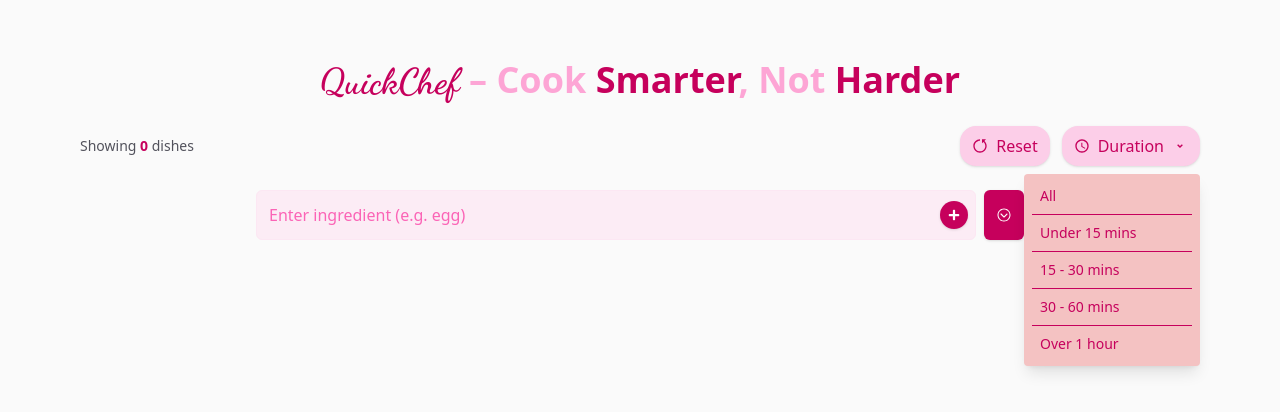
Repository: Priya-creates/QuickChef
Page: /, after clicking the first element matching `div.relative > button`
These files come from the project's save history. The page is drawn as it stood at one moment and after a run of saves; the edit follows.
The browser window is 1280 px wide. The pictures show the whole page.
Some web fonts or font styles are not loaded; a fallback is used. The project was rebuilt for these pictures with package versions that can differ from the ones it lists, and the page was loaded fresh each time. Also part of the build but not shown: vite.config.js, src/components/DishCard.jsx.

Above is the page before, as saved 2025-10-28 17:55:16.

After the next 2 saves:
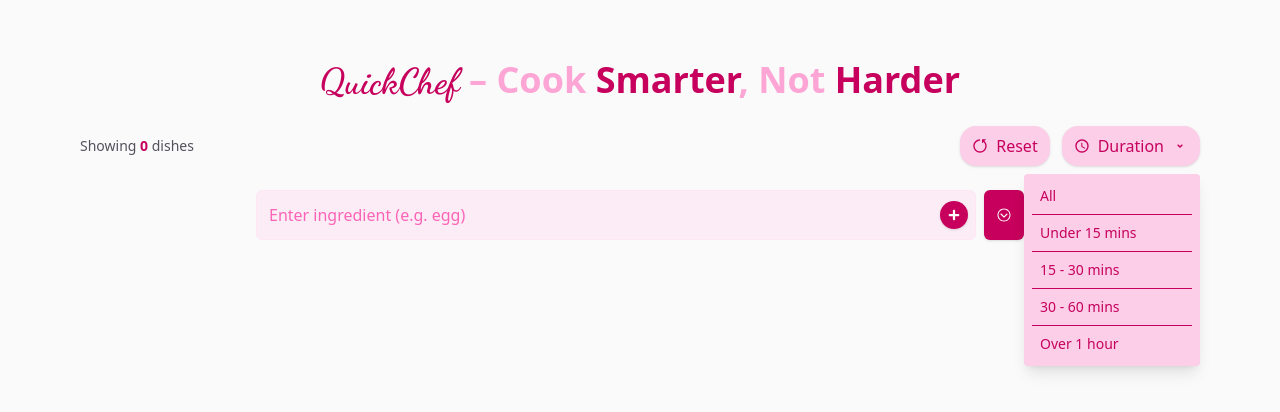
The 2 saves are shown as one change because they came seconds apart.
The last was saved 56 s later.
--- a/src/App.jsx
+++ b/src/App.jsx
@@ -218,7 +218,7 @@
               </button>
 
               {showChooseTime && (
-                <div className="mt-2 w-44 right-0 absolute  rounded shadow-lg p-2 text-sm z-40 text-pink-700 bg-[#F4C2C2] transition-all duration-300 ease-in">
+                <div className="mt-2 w-44 right-0 absolute  rounded shadow-lg p-2 text-sm z-40 text-pink-700 bg-pink-200 transition-all duration-300 ease-in">
                   <button
                     onClick={handleAll}
                     className="w-full text-left px-2 py-1 rounded hover:bg-pink-50"
